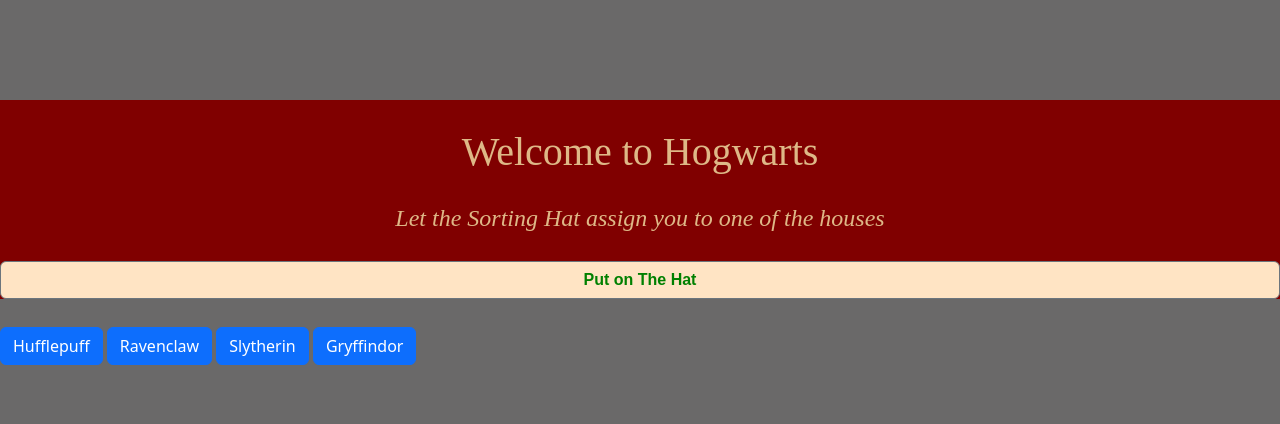
Repository: fernandabenavides618nash/INDIVIDUAL-PROJECT-sorting-hat
Page: index.html
An editor plug-in stored every save of this project. The page is shown before and after the next save, followed by the edit.
The browser window is 1280 px wide. The pictures show the whole page.

Above is the page before, as saved 2023-05-05 08:38:53.

After the next save:
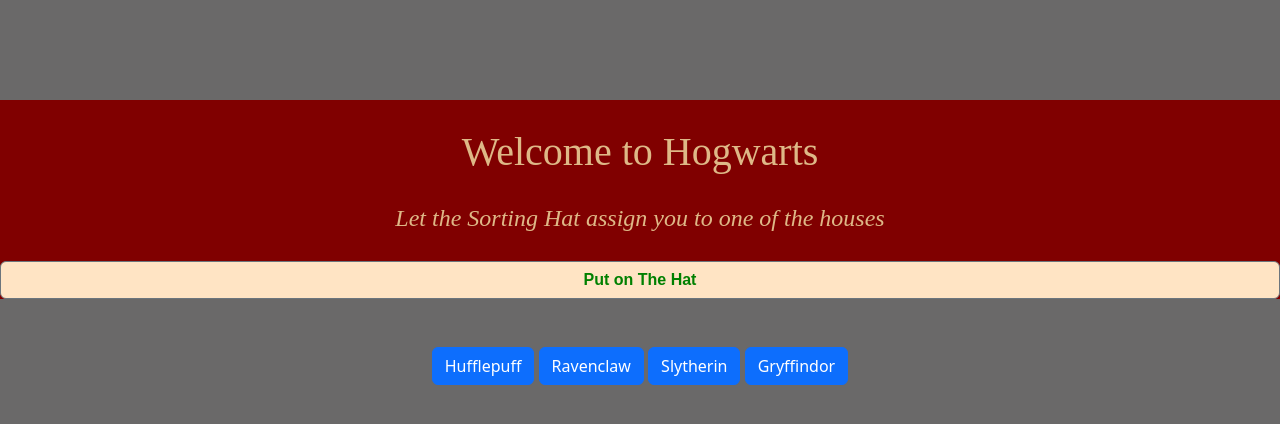
Saved 58 s later.
--- a/index.html
+++ b/index.html
@@ -10,7 +10,8 @@
 </head>
 <body>
   <div class="intro" id="intro-screen"></div>
-  <div class="form" id="form-div">
+  <div class="form" id="form-div"></div>
+  <div class="school" id="school-div">
     <div class="buttons">
       <button type="button" class="btn btn-primary" id="Hufflepuff">Hufflepuff</button>
       <button type="button" class="btn btn-primary" id="Ravenclaw">Ravenclaw</button>
@@ -18,7 +19,6 @@
       <button type="button" class="btn btn-primary" id="Gryffindor">Gryffindor</button>
     </div>
   </div>
-  <div class="school" id="school-div"></div>
   <div class="app" id="app"></div>
   <script src="https://cdn.jsdelivr.net/npm/bootstrap@5.3.0-alpha3/dist/js/bootstrap.bundle.min.js" integrity="sha384-ENjdO4Dr2bkBIFxQpeoTz1HIcje39Wm4jDKdf19U8gI4ddQ3GYNS7NTKfAdVQSZe" crossorigin="anonymous"></script>
   <script src="main.js"></script>
